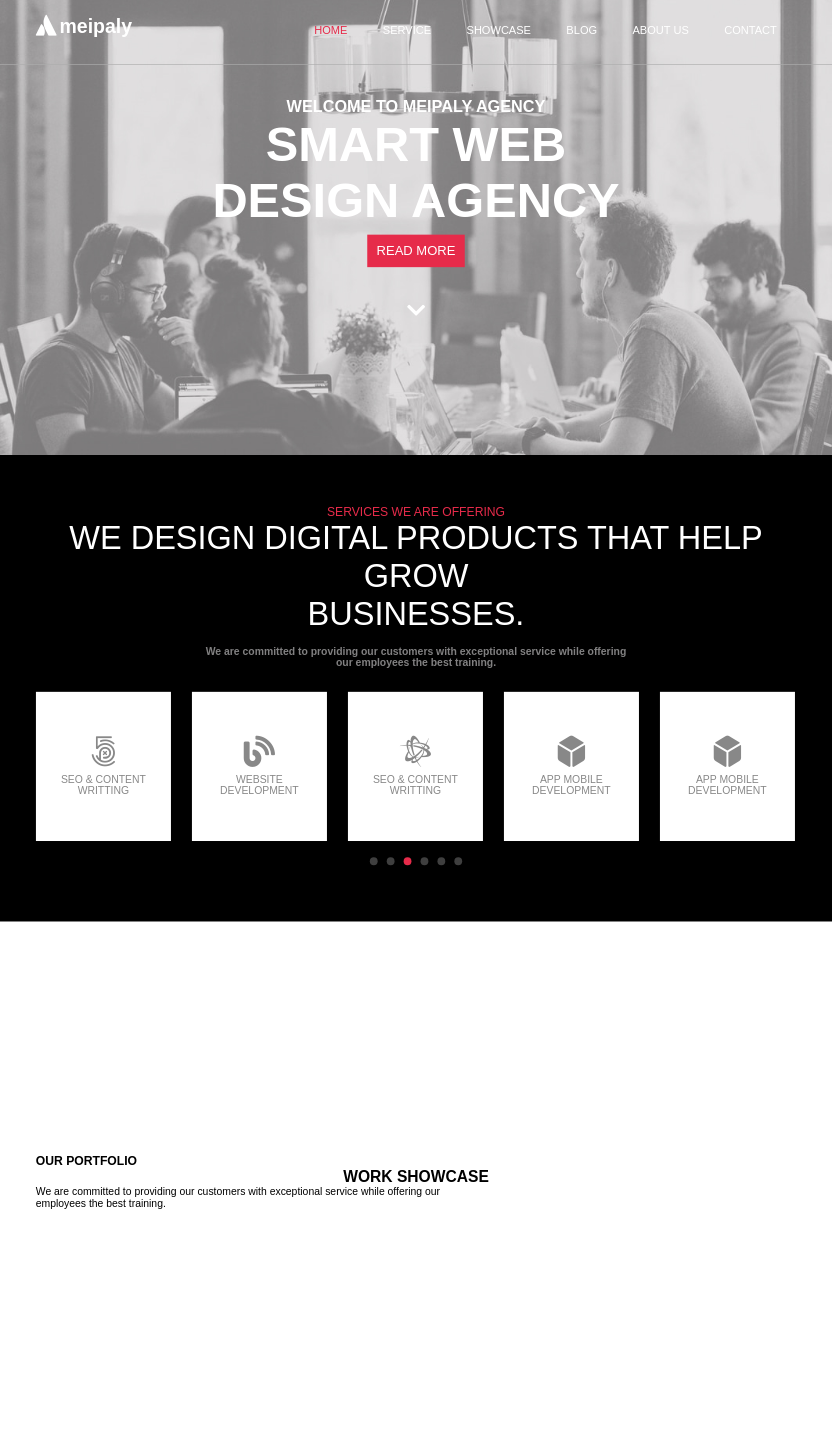
Repository: ToanNguyenThai/Meipaly
Page: index.html
These files come from the project's save history. The page is drawn as it stood at one moment and after the next save; the edit follows.
The browser window is 1280 px wide. The pictures show the whole page, at 65% of full size.

Above is the page before, as saved 2021-12-11 00:29:52.

### index.html
<!DOCTYPE html>
<html lang="en">

<head>
    <meta charset="UTF-8">
    <meta http-equiv="X-UA-Compatible" content="IE=edge">
    <meta name="viewport" content="width=device-width, initial-scale=1.0">
    <link rel="stylesheet" href="https://cdnjs.cloudflare.com/ajax/libs/font-awesome/5.15.4/css/all.min.css" />

    <link rel="stylesheet" href="owlcarousel/assets/owl.carousel.min.css">
    <link rel="stylesheet" href="owlcarousel/assets/owl.theme.default.min.css">
    <script src="https://code.jquery.com/jquery-3.6.0.min.js"></script>
    <script src="owlcarousel/owl.carousel.min.js"></script>

    <title>Meipaly</title>
    <link rel="stylesheet" href="/css/style.css">
</head>

<body>
    <header>
        <div class="header__content">
            <div class="header__logo">
                <a href="#">
                    <i class="fab fa-atlassian fa-2x"></i>
                    <span>meipaly</span>
                </a>
            </div>
            <nav>
                <ul>
                    <li class="active">
                        <a href="#">home</a>
                    </li>
                    <li>
                        <a href="#">service</a>
                    </li>
                    <li>
                        <a href="#">showcase</a>
                    </li>
                    <li>
                        <a href="#">blog</a>
                    </li>
                    <li>
                        <a href="#">about us</a>
                    </li>
                    <li>
                        <a href="#">contact</a>
                    </li>
                </ul>
            </nav>
        </div>
    </header>
    <section class="carousel">
        <div class="carousel__content">
            <h3>WELCOME TO MEIPALY AGENCY</h3>
            <h1>SMART WEB</h1>
            <h1>DESIGN AGENCY</h1>
            <div class="btn-area">
                <button>READ MORE</button>
            </div>
            <div class="scroll__arrow">
                <i class="fas fa-chevron-down fa-2x"></i>
            </div>

        </div>

    </section>

    <script>
        $(document).ready(function () {
            $('.owl-carousel').owlCarousel({
                autoplay: true,
                autoplayTimeout: 2000,
                autoplayHoverPause: true,
                loop: true,
                dots: true ,// if you don't want dots, change to false
                dotsEach: true,
                margin: 30,
                responsiveClass: true,
                responsive: {
                    0: {

                        items: 1
                    },
                    1000: {
                        items: 3,
                    },
                    1217: {
                        items: 5
                    }
                }
            })
        });
    </script>

    <section class="service">
        <div class="service__content">
            <h3>SERVICES WE ARE OFFERING</h3>
            <h1>WE DESIGN DIGITAL PRODUCTS THAT HELP GROW <br> BUSINESSES.</h1>
            <p>We are committed to providing our customers with exceptional service while offering <br>
                our employees the best training.</p>
            <div class="service__carousel">
                <div class="owl-carousel owl-theme">
                    <div class="carousel__item">
                        <i class="fa fa-dice-d6 fa-3x"></i>
                        <h3>APP MOBILE <br> DEVELOPMENT</h3>
                    </div>
                    <div class="carousel__item">
                        <i class="fab fa-autoprefixer fa-3x"></i>
                        <h3>DIGITAL<br> MARKETING</h3>
                    </div>
                    <div class="carousel__item">
                        <i class="fab fa-500px fa-3x"></i>
                        <h3>SEO & CONTENT <br> WRITTING</h3>
                    </div>
                    <div class="carousel__item">
                        <i class="fa fa-blog fa-3x"></i>
                        <h3> WEBSITE <br> DEVELOPMENT</h3>
                    </div>
                    <div class="carousel__item">
                        <i class="fab fa-battle-net fa-3x"></i>
                        <h3>SEO & CONTENT <br> WRITTING</h3>
                    </div>
                    <div class="carousel__item">
                        <i class="fa fa-dice-d6 fa-3x"></i>
                        <h3>APP MOBILE <br> DEVELOPMENT</h3>
                    </div>

                </div>

            </div>

        </div>


    </section>

    <section class="portfolio">
        <div class="portfolio__content">
            <h3>our portfolio</h3>
            <h1>work showcase</h1>
            <p>We are committed to providing our customers with exceptional service while offering our <br>
                employees the best training.</p>
        </div>
    </section>
</body>

</html>

### css/style.css
*{
    box-sizing: border-box;
    margin: 0;
    padding: 0;
    font-family: "Oswald", sans-serif;
    text-decoration: none;
}
header {
    width: 100%;
    height: 100px;
    position: absolute;
    border-bottom: 1px solid #adadad;
}
header .header__content{
    width: 100%;
    max-width: 1170px;
    margin: 0 auto;
    display: flex;
    justify-content: space-between;
    align-items: center;
}
.header__logo{
    margin-top: 23px;
}
.header__logo a{
    text-decoration: none;
    color: white;
}
.header__logo a span{
    font-size: 30px;
    font-weight: 700;
}
.header__content nav ul li{
    list-style-type: none;
    display: inline-block;
    text-transform: uppercase;
    font-size: 17px;
    margin-top: 35px;
    margin-left: 20px;
    margin-right: 30px;
}
.header__content nav ul li.active a{
    color : #e62b4a;
}
.header__content nav ul li a{
    color: white;
    transition: all 0.5s;
}
.header__content nav ul li a:hover{
    color : #e62b4a;
}

.carousel{
    height: 700px;
    background-image: url("../img/home_slider.jpg");
    background-size: cover;
    background-position: center;
    display: flex;
    justify-content: center;
}
.carousel__content{
    margin-top: 150px;
}
.carousel__content h1, .carousel__content h3{
    text-align: center;
    color: white;
}
.carousel__content h1{
    font-size: 75px;
}

.carousel__content h3{
    font-size: 25px;
}
.carousel__content .btn-area{
    margin-top: 10px;
    display: flex;
    justify-content: center;
}
.carousel__content .btn-area button{
    width: 150px;
    height: 50px;
    font-size: 20px;
    background-color: #e62b4a;
    outline: none;
    border : none;
    color: white;
    cursor: pointer;
    transition: all 0.5s;
}

.carousel__content .btn-area button:hover{
    filter: grayscale(30%);
}
.carousel__content .scroll__arrow{
    display: flex;
    justify-content: center;
    margin-top: 50px;
}
.carousel__content .scroll__arrow i{
    color: white;
}

/* --------------------- */

.service{
    width: 100%;
    height: 100%;
    height: 717.6px;
    background-color: black;
    display: flex;
    justify-content: center;
    align-items: center;
}
.service__content{
    margin: 0 auto;
    width: 100%;
    max-width: 1170px;
}
.service__content h3, .service__content h1, .service__content p{
    text-align: center;

}

.service__content h3{
    color: #e62b4a;
    font-weight: normal;
}
.service__content h1{
    font-size: 50px;
    font-weight: normal;
    color: white;
}
.service__content p{
    color: #818081;
    font-weight: 600;
    margin-top: 20px;
}

.service__carousel{
    margin: 0 auto;
    margin-top: 35px;
    width: 100%;
    max-width: 1170px;
}
.carousel__item{
    width: 208px;
    height: 230px;
    background-color: #fff;
    display: flex;
    flex-direction: column;
    justify-content: center;
    align-items: center;
    color: #888888;
}
.carousel__item h3{
    color: #888888;
    font-size: 16px;
    padding-top: 10px;
}
.owl-theme .owl-dots .owl-dot{
    margin-top: 10px;
}
.owl-theme .owl-dots .owl-dot span {
    width: 12px;
    height: 12px;
    background: #3f3f3f;
}
.owl-theme .owl-dots .owl-dot.active span, .owl-theme .owl-dots .owl-dot:hover span{
    background: #e62b4a;
}

/* --------------------- */


.portfolio{
    width: 100%;
    height: 100%;
    height: 800px;
    background-color: #ffffff;
    display: flex;
    justify-content: center;
    align-items: center;
}
.portfolio__content{
    margin: 0 auto;
    width: 100%;
    max-width: 1170px;
}
.portfolio__content h1, h3{
    text-transform: uppercase;
}
.portfolio__content h1, h3 p {
    text-align: center;
}

Loaded but not shown: owlcarousel/assets/owl.carousel.min.css (library); owlcarousel/assets/owl.theme.default.min.css (common file); owlcarousel/owl.carousel.min.js (library)

After the next save:
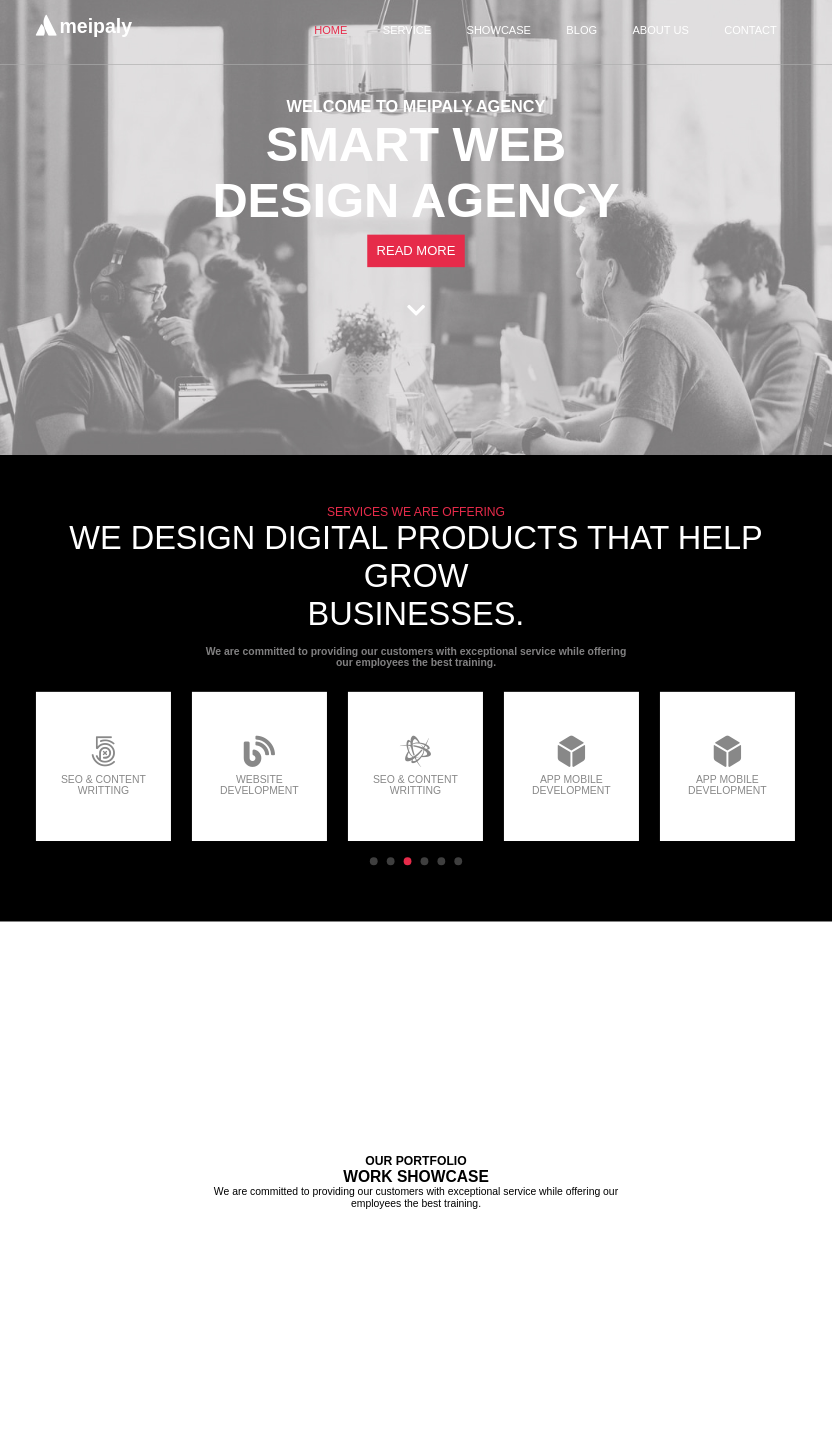
Saved 8 s later.
--- a/css/style.css
+++ b/css/style.css
@@ -190,6 +190,6 @@
 .portfolio__content h1, h3{
     text-transform: uppercase;
 }
-.portfolio__content h1, h3 p {
+.portfolio__content h1, h3, p {
     text-align: center;
 }
